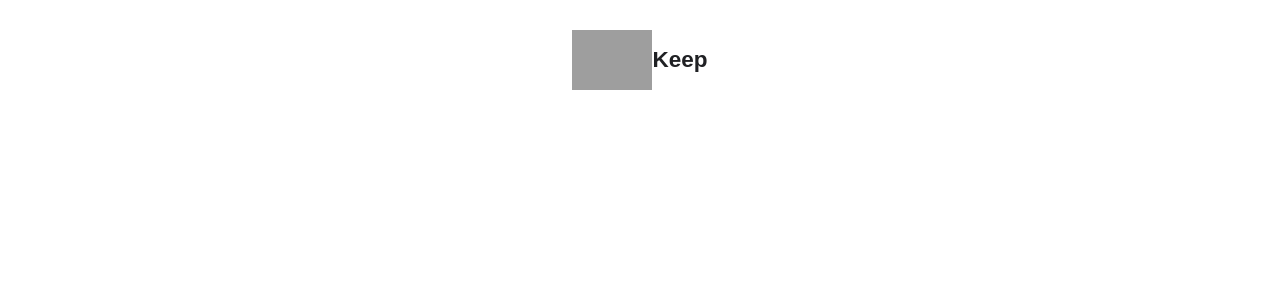
Repository: Bartolomeuss/Google-Keep-Clone
Page: index.html
The author's editor kept a copy of each file at every save. The page is drawn from the files as they stood at one save, then again after the next save.
The browser window is 1280 px wide. The pictures show the whole page.
Pictures or frames that could not be fetched are drawn as grey boxes.

Above is the page before, as saved 2021-02-06 09:17:01.

After the next save:
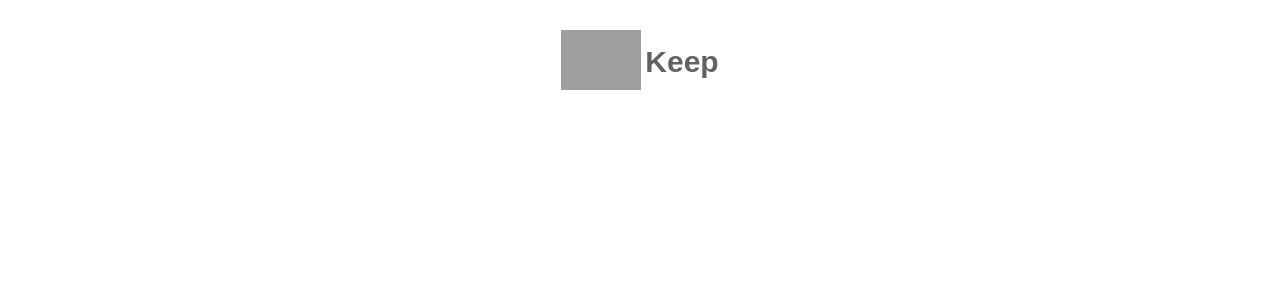
Saved 72 s later.
--- a/index.html
+++ b/index.html
@@ -12,7 +12,7 @@
         <header>
             <img class="header-logo"
             src="https://www.gstatic.com/images/branding/product/1x/keep_48dp.png">
-            <h2>Keep</h2>
+            <h2 class="header-title">Keep</h2>
         </header>
     </main>
 
